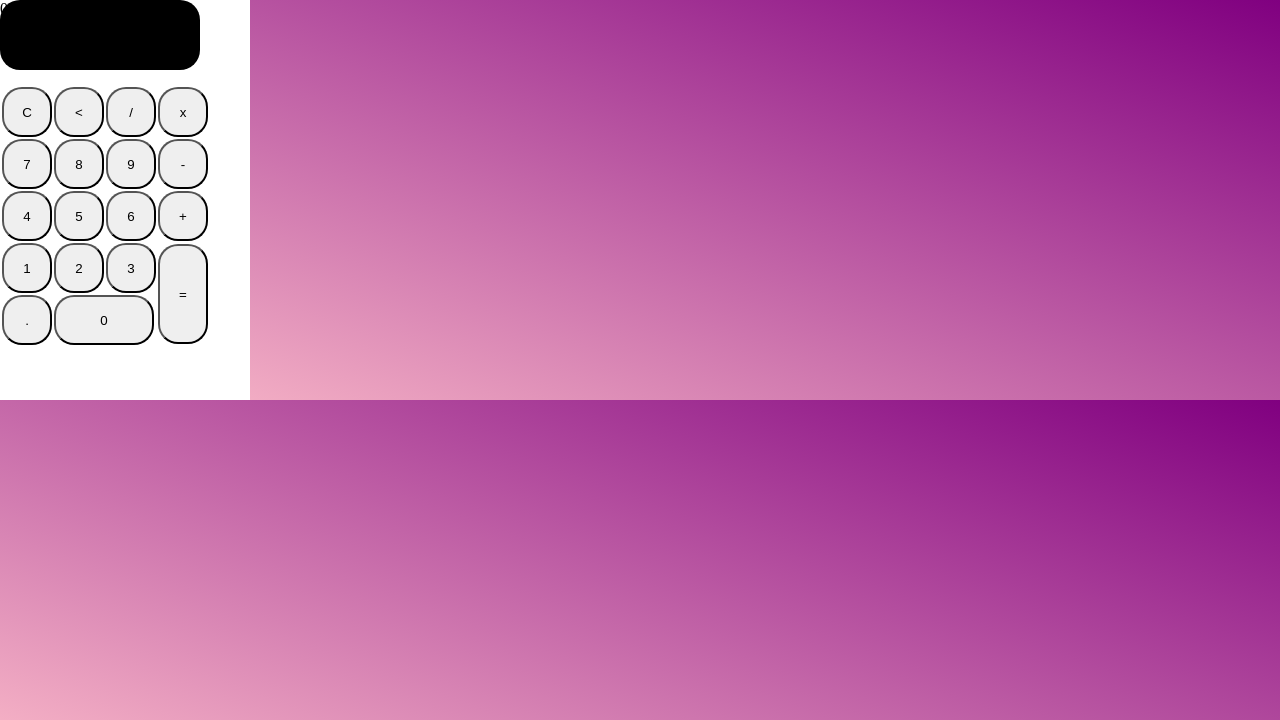
Repository: mariele-huff/calculadora
Page: index.html
These files come from the project's save history. The page is drawn as it stood at one moment and after the next save; the edit follows.
The browser window is 1280 px wide. The pictures show the whole page.

Above is the page before, as saved 2022-08-12 18:51:21.

### index.html
<!DOCTYPE html>
<html lang="pt-br">

<head>
    <meta charset="UTF-8">
    <meta http-equiv="X-UA-Compatible" content="IE=edge">
    <meta name="viewport" content="width=device-width, initial-scale=1.0">
    <link rel="stylesheet" href="style.css">
    <script src="index.js">

    </script>
    <title>Calculadora</title>
</head>

<body>
    <div class="calculadora">
        <div id="resultado">0</div>
        <table>
            <tr>
                <td><button class="botao" onclick="limpar()">C</button></td>
                <td><button class="botao" onclick="voltar()">
                        < </button>
                </td>
                <td><button class="botao" onclick="acrescenta('/')">/</button></td>
                <td><button class="botao" onclick="acrescenta('x')">x</button></td>
            </tr>
            <tr>
                <td><button class="botao" onclick="acrescenta('7')">7</button></td>
                <td><button class="botao" onclick="acrescenta('8')">8</button></td>
                <td><button class="botao" onclick="acrescenta('9')">9</button></td>
                <td><button class="botao" onclick="acrescenta('-')">-</button></td>
            </tr>
            <tr>
                <td><button class="botao" onclick="acrescenta('4')">4</button></td>
                <td><button class="botao" onclick="acrescenta('5')">5</button></td>
                <td><button class="botao" onclick="acrescenta('6')">6</button></td>
                <td><button class="botao" button onclick="acrescenta('+')">+</button>
                </td>
            </tr>
            <tr>
                <td><button class="botao" onclick="acrescenta('1')">1</button></td>
                <td><button class="botao" onclick="acrescenta('2')">2</button></td>
                <td><button class="botao" onclick="acrescenta('3')">3</button></td>
                <td rowspan="2"><button class="botao2" onclick="calcular()">=</button></td>
            </tr>
            <tr>

                <td> <button class="botao" onclick="acrescenta('.')">.</button></td>
                <td colspan="2"><button class="botao1" onclick="acrescenta('3')">0</button></td>
            </tr>
        </table>
    </div>

</body>

</html>

### style.css
*{
    margin: 0;
    padding: 0;
}

body{
    background-image: linear-gradient(20deg , pink, purple);

}

.calculadora{

    background-color: white ;
    width: 250px;
    height: 400px;
}



.botao{

    height: 50px;
    width: 50px;
    border-radius: 20px;

}
.botao1{

    height:50px;
    width: 100px;
    border-radius: 20px;

}
.botao2{

    height:100px;
    width: 50px;
    border-radius: 20px;

}
#resultado {
    margin-bottom: 15px;
     background-color: black;
     height: 70px;
    width: 200px;
    border: 5px black;
    border-radius: 20px;
}

### index.js
 let resultado = () => {
    let resultado = resultado.document.querySelector('#resultado').innerHTML
    return resultado
}

 let acrescenta = (num)=> {

let numero =   document.querySelector('#resultado').innerHTML

document.querySelector('#resultado').innerHTML=numero + num
 }

 let limpar = () =>{
    let resultado =   document.querySelector('#resultado')
    resultado.innerHTML= " "
}

 let voltar = () =>{
     resultado =  document.querySelector('#resultado').innerHTML
     document.querySelector('resultado').innerHTML = resultado.substring(0, resultado.length -1)



}
 let calcular = () => {
   let resultado = document.querySelector('#resultado').innerHTML
    if(resultado){
        document.querySelector('#resultado').innerHTML = eval(resultado)
    }

}

After the next save:
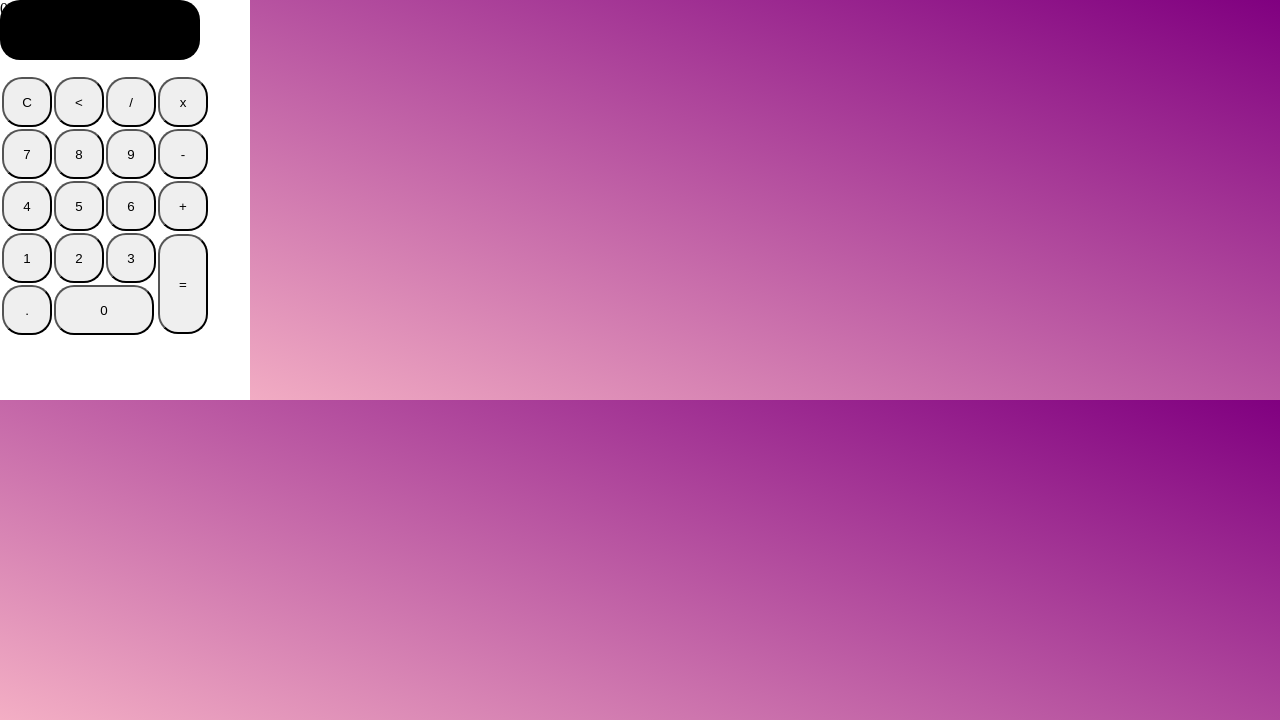
Saved 3 s later.
--- a/style.css
+++ b/style.css
@@ -41,7 +41,7 @@ body{
 #resultado {
     margin-bottom: 15px;
      background-color: black;
-     height: 70px;
+     height: 60px;
     width: 200px;
     border: 5px black;
     border-radius: 20px;
